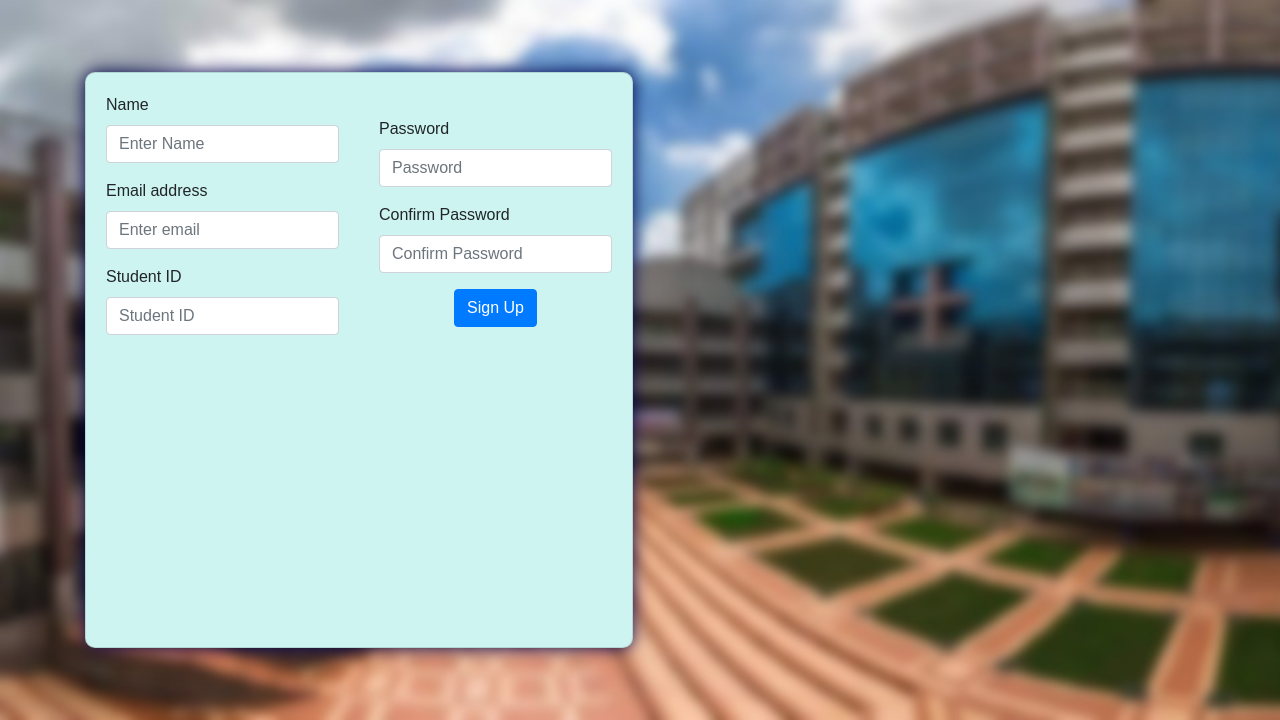
Repository: injamam00155/IUB_Alumni_Bridge
Page: Frontend/signup.html
An editor plug-in stored every save of this project. The page is shown before and after the next save, followed by the edit.
The browser window is 1280 px wide. The pictures show the whole page.

Above is the page before, as saved 2023-04-02 01:40:11.

After the next save:
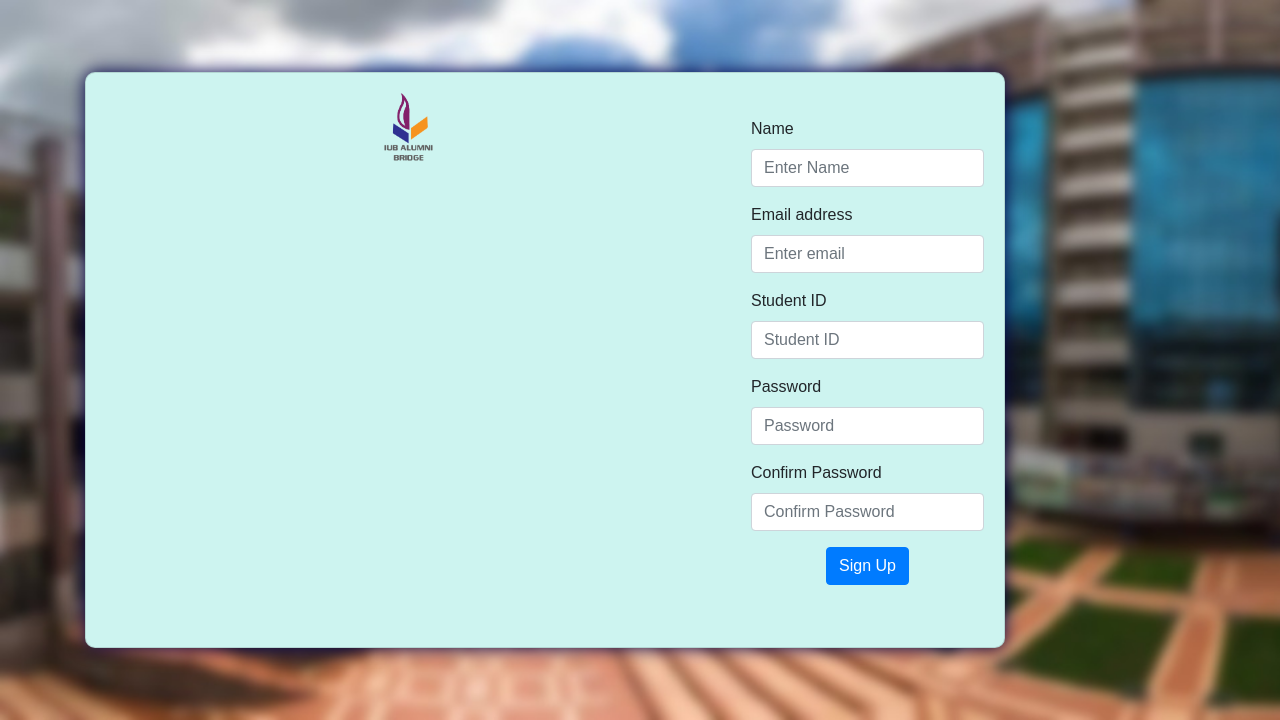
Saved 52 s later.
--- a/Frontend/signup.html
+++ b/Frontend/signup.html
@@ -18,8 +18,12 @@
                 <p class="text-left">The IUB Alumni Bridge is a social media platform that connects alumni of Independent University, Bangladesh (IUB) with current students and the university community. It provides alumni with updates about events and job opportunities, while allowing students to connect with alumni and receive mentorship and guidance.</p>
             </div> -->
             <div class="card-body">
-                <!-- <h3 class="text-left">IUB Alumni Bridge</h3>
-                <p class="text-left">The IUB Alumni Bridge is a social media platform that connects alumni of Independent University, Bangladesh (IUB) with current students and the university community. It provides alumni with updates about events and job opportunities, while allowing students to connect with alumni and receive mentorship and guidance.</p> -->
+                <div class="text-center logo">
+                    <img class="text-center" src="/Frontend/img/iubalumnibridgelogo.png" alt="logo">
+                </div>
+            </div>
+            <div class="card-body">
+                <br>
                 <form>
                     <div class="form-group">
                         <label for="inputName">Name</label>
@@ -33,26 +37,6 @@
                         <label for="iubId">Student ID</label>
                         <input type="Id" class="form-control" id="iubId" placeholder="Student ID">
                     </div>
-                </form>
-            </div>
-            <div class="card-body">
-                <!-- <div class="text-center logo">
-                    <img class="text-center" src="/Frontend/img/iubalumnibridgelogo.png" alt="logo">
-                </div> -->
-                <br>
-                <form>
-                    <!-- <div class="form-group">
-                        <label for="inputName">Name</label>
-                        <input type="name" class="form-control" id="inputName" placeholder="Enter Name">
-                    </div>
-                    <div class="form-group">
-                        <label for="inputEmail">Email address</label>
-                        <input type="email" class="form-control" id="inputEmail" placeholder="Enter email">
-                    </div>
-                    <div class="form-group">
-                        <label for="iubId">Student ID</label>
-                        <input type="Id" class="form-control" id="iubId" placeholder="Student ID">
-                    </div> -->
                     <div class="form-group">
                         <label for="inputPassword">Password</label>
                         <input type="password" class="form-control" id="inputPassword" placeholder="Password">
